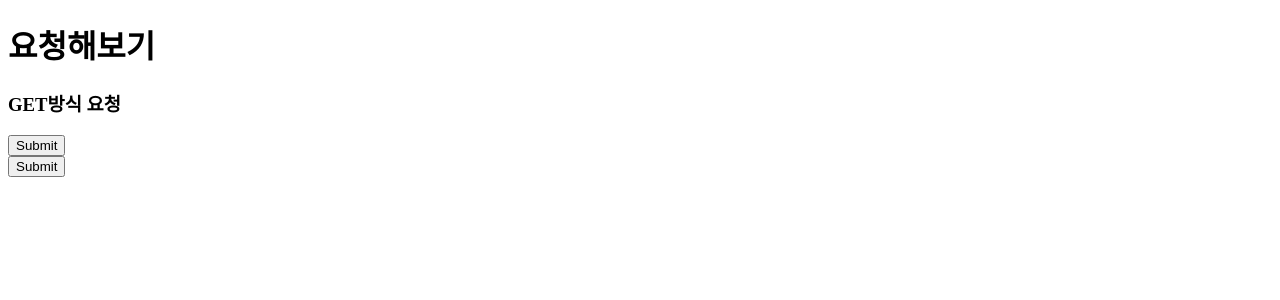
Repository: Kimgigon123123/JspServlet
Page: http://localhost/04.Implicit/Ex01_Request/Ex01_Request.jsp
These files come from the project's save history. The page is drawn as it stood at one moment and after the next save; the edit follows.
The browser window is 1280 px wide. The pictures show the whole page.
The page is served by Tomcat 9. Other server files are loaded and not shown.

Above is the page before, as saved 2023-05-22 02:00:47.

### WorkSpace/04.Implicit/src/main/webapp/Ex01_Request/Ex01_Request.jsp
<%@ page language="java" contentType="text/html; charset=UTF-8"
    pageEncoding="UTF-8"%>
<!DOCTYPE html>
<html>
<head>
<meta charset="UTF-8">
<title>Insert title here</title>
</head>
<body>

	<h1>요청해보기</h1>
	<!--
		특정한 Servlet파일 ( Mapping = > "/요청주소") 에 어떠한 정보를 주고 다음 작업을 요청한다. (Client)
		ex) 네이버에 아이디 비밀번호를 입력하고 로그인버튼을 누른다. => 로그인 후 작업을 요청한다.
		webapp(view) : 눈에 보이는 영역의 작업 (Html,Jsp,xmlLayout...)
		Java (Controller) : 눈에 안보이지만 View에서 들어온 요청을 처리하는 부분 .
							(Java,C++,C#,Python,Servlet ... 등의 백앤드 언어)

		request(Model) : View 와 Controller 사이에서 데이터를 전송하는 목적으로 사용하는 객체. (사용하는 로직)
		MVC 패턴 - Web에서 가장 흔히 그리고 널리 사용되는 디자인 패턴 ( V -> C-> M -> V -> C -> ...)

		 -->

		 <!--  GET 방식으로 Servlet요청해보기, POST방식으로 Servlet에 요청해보기
		 		요청받을 맵핑 => Ex01_Request <=
		 		// localhost/imp/Ex01_Request =>Servlet 파일이 동작

		 		폼태그 이용해서 작업해보기 -->

		 		<h3>GET방식 요청</h3>
		 		<form action="../Ex01_Request" method="get">
		 			<input type = "submit">
		 		</form>
		 		<form action="../Ex01_Request" method="post">
		 			<input type = "submit">
		 		</form>

</body>
</html>

After the next save:
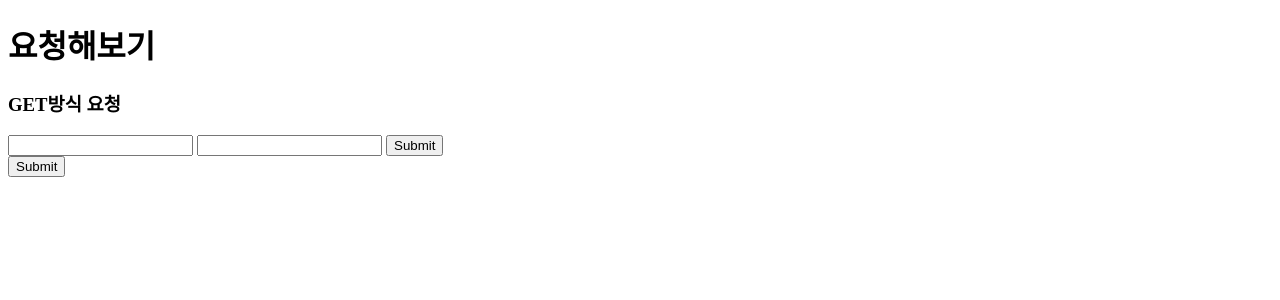
Saved 3 min 1 s later.
--- a/WorkSpace/04.Implicit/src/main/webapp/Ex01_Request/Ex01_Request.jsp
+++ b/WorkSpace/04.Implicit/src/main/webapp/Ex01_Request/Ex01_Request.jsp
@@ -29,6 +29,9 @@
 
 		 		<h3>GET방식 요청</h3>
 		 		<form action="../Ex01_Request" method="get">
+		 		<!--  입력받은 id와 pw를 servlet파일로 보내기 -->
+		 		<input type="text" name="id" id="id"><!-- name vs id -->
+ 	 			<input type="text" name="pw" id="pw"><!-- name vs id -->
 		 			<input type = "submit">
 		 		</form>
 		 		<form action="../Ex01_Request" method="post">
